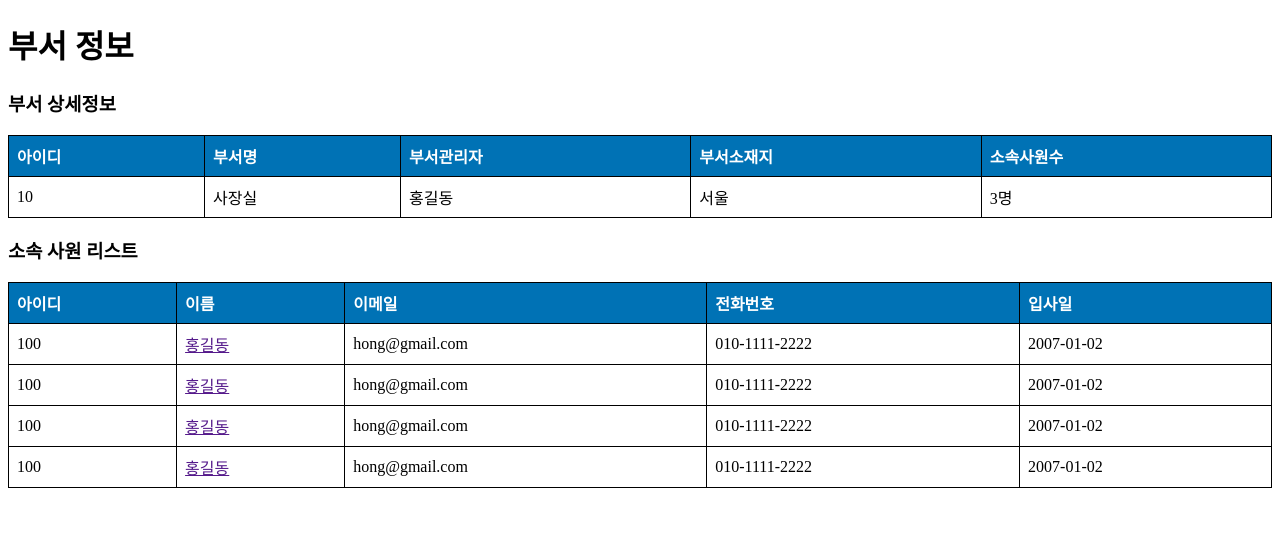
Repository: benpark0613/basic
Page: http://localhost/sample/hr/dept/detail.jsp
An editor plug-in stored every save of this project. The page is shown before and after the next save, followed by the edit.
The browser window is 1280 px wide. The pictures show the whole page.
The page is served by Tomcat 9.

Above is the page before, as saved 2021-11-10 03:36:52.

After the next save:
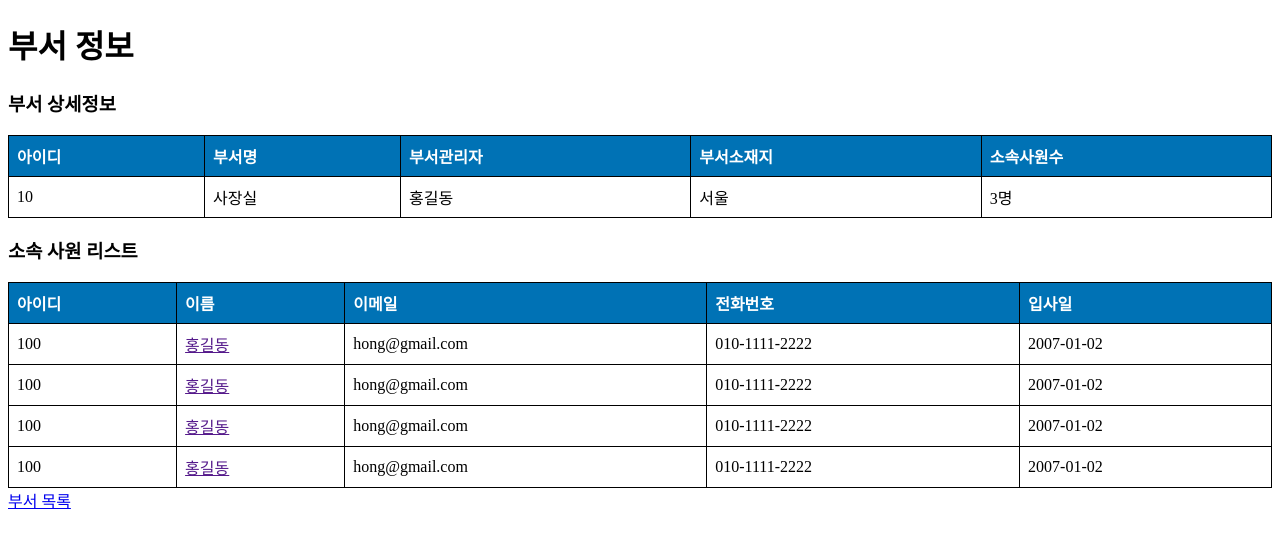
Saved 65 s later.
--- a/HR_app/sample/src/main/webapp/hr/dept/detail.jsp
+++ b/HR_app/sample/src/main/webapp/hr/dept/detail.jsp
@@ -74,5 +74,9 @@
 			</tr>
 		</tbody>
 	</table>
+
+	<div>
+		<a href="list.jsp">부서 목록</a>
+	</div>
 </body>
 </html>
